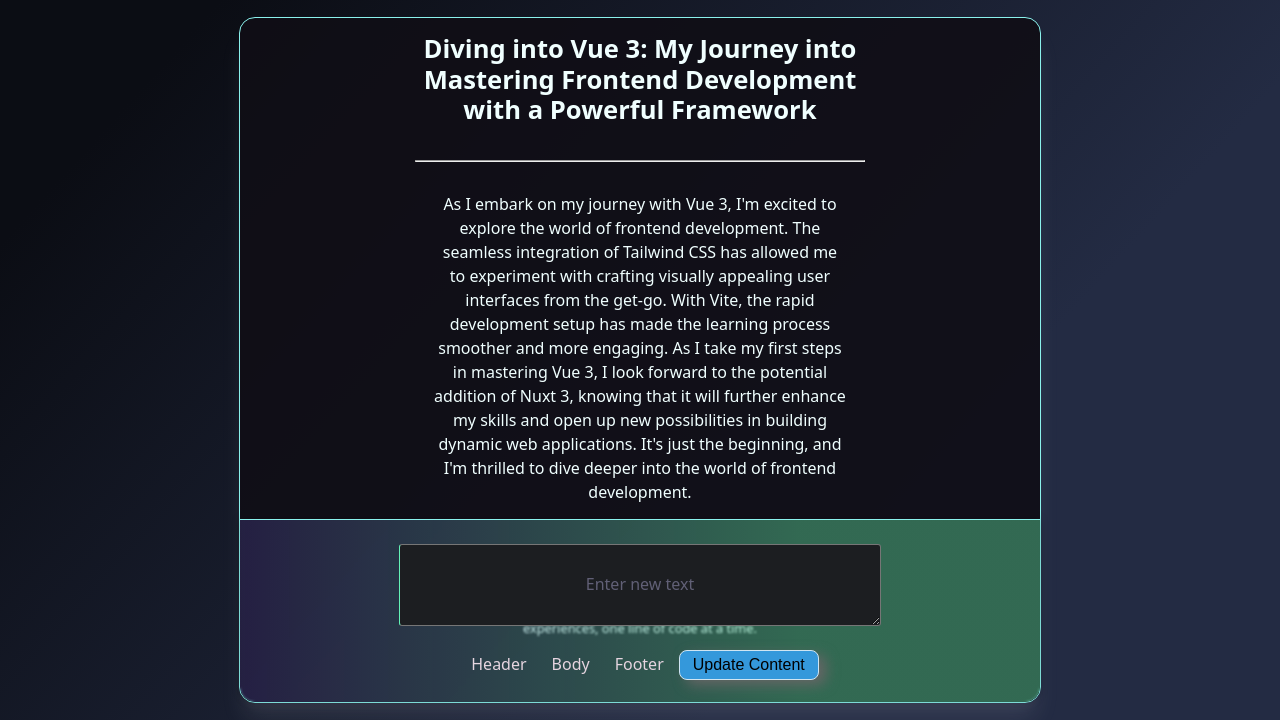
Repository: Freezler/AnnounceCraft
Page: index.html
An editor plug-in stored every save of this project. The page is shown before and after a run of saves, followed by the edit.
The browser window is 1280 px wide. The pictures show the whole page.

Above is the page before, as saved 2024-01-22 14:46:17.

### index.html
<!DOCTYPE html>
<html lang="en">

<head>
	<meta charset="UTF-8" />
	<meta name="viewport" content="width=device-width, initial-scale=1.0" />
	<title>Shopping List App</title>
	<link rel="stylesheet" href="style.css" />
</head>

<body>
	<section id="shopping-list">

		<div class="choice-box" >
			<textarea v-model="selectedText" type="text" minlength="10" maxlength="40" required
				placeholder="Enter new text"></textarea>
			<div class="radio-container">
				<input class="btn" type="radio" id="header" value="Header" v-model="selectedType"
					@change="updateTempContent">
				<label for="header">Header</label>
				<input class="btn" type="radio" id="body" value="Body" v-model="selectedType"
					@change="updateTempContent">
				<label for="body">Body</label>
				<input class="btn" type="radio" id="footer" value="Footer" v-model="selectedType"
					@change="updateTempContent">
				<label for="footer">Footer</label>
				<button @click="updateText" class="btn">Update Content</button>
			</div>
		</div>
		<div class="content">
			<h1 @click="updateSelectedType('Header'); updateSelectedText(header)">{{ header }}</h1>
			<hr>
			<p @click="updateSelectedType('Body'); updateSelectedText(body)">{{ body }}</p>
			<hr>
			<h4 @click="updateSelectedType('Footer'); updateSelectedText(footer)">{{ footer }}</h4>
		</div>
	</section>
	<script src="https://unpkg.com/vue@3"></script>
	<script src="app.js"></script>
</body>

</html>

### style.css
body {
    margin: 0;
    padding: 0;
    font-family: system-ui, -apple-system, BlinkMacSystemFont, 'Segoe UI', Roboto, Oxygen, Ubuntu, Cantarell, 'Open Sans', 'Helvetica Neue', sans-serif;
    background: linear-gradient(132.1deg, rgb(11, 13, 20) 11.4%, rgb(35, 43, 67) 70.2%);
    color: azure;
    text-align: center;
    height: 100vh;
    display: flex;
    flex-direction: column;
    justify-content: space-evenly;
    align-items: center;

}

section {
    height: 95%;
    border: 0.6px solid #8af1ec;
    border-radius: 16px;
    padding: 0 16px;
    max-width: 60vw;
    background-color: hsla(255, 21%, 7%, 0.9);
    text-align: center;
    position: absolute;
    box-shadow: rgba(223, 225, 240, 0.1) 0px 20px 25px -5px, rgba(228, 225, 225, 0.05) 0px 10px 10px -5px;
}

h1 {
    font-size: clamp(0.9rem, 2vw, 1.7rem);
    line-height: 1.2;
    padding-bottom: 1.2rem;
    width: 32ch;
    margin: 16px auto -16px;
    word-wrap: pretty;
}

h1:hover {

    transform: scale(1.05);
    color: hsla(219, 87%, 27%, 0.9);
    transition: all 5s cubic-bezier(0.215, 0.610, 0.355, 1);
    text-align: center;
    margin:0;
    padding:0;
}

h4 {
    font-size: clamp(0.3rem, 2vw, 0.8rem);
    font-weight: 100;
    width: 35ch;
    vertical-align: middle;
    margin: 0 auto;
    padding-bottom: 24px;
    text-align: center;
    word-wrap: balanced;
}

p {
    font-size: clamp(0.6rem, 2vw, 1rem);
    line-height: 1.6;
    width: 45ch;
    line-height: 1.5;
    margin: 0 auto;
    padding: 0px 0px 1rem;
    text-wrap: balance;
    text-align: center;
}

hr {

    width: 35vw;
    align-self: center;

}

label {
    display: block;
    color: #e6d5e0;
}

.radio-container input[type="radio"] {
    display: none;

}

.radio-container input[type="radio"]:hover {
    background: #b984e8;

}

.radio-container input[type="radio"]+label {
    display: inline-block;
    padding: 5px 10px;

    border-radius: 8px;
    margin-right: 5px;
    cursor: pointer;
}

.radio-container input[type="radio"]:checked+label {
    background-color: #e0e0e0;
    color: rgb(40, 4, 4);
}

.content {
    display: flex;
    flex-direction: column;
    gap: clamp(1.4rem, 1vw, 2rem);
    width: 60vw;
    ;
}

.choice-box {
    position: absolute;

    background-position: center;
    background-image: url('https://images.unsplash.com/photo-1515325915697-9279b4f7effc?q=80&w=2532&auto=format&fit=crop&ixlib=rb-4.0.3&ixid=M3wxMjA3fDB8MHxwaG90by1wYWdlfHx8fGVufDB8fHx8fA%3D%3D');
    background: linear-gradient(90deg, hsla(249, 83%, 67%, 0.2), hsla(249, 83%, 67%, 0.2)0 0%, hsla(149, 83%, 67%, 0.4)70%);
    display: flex;
    flex-direction: column;
    gap: 8px;
    justify-content: space-between;
    break-before: always;
    margin: 0rem auto;
    bottom: 0;
    left:0;
    border-top: 0.6px solid #8af1ec;
    border-bottom-left-radius: 16px;
    border-bottom-right-radius: 16px;
    padding-top: 24px;
    padding-bottom: 16px;


    backdrop-filter: blur(1px);

    box-shadow: 0 0 10px rgba(0, 0, 0, 0.2);
    width: calc(60vw + 32px);

    textarea {
        width: 60%;
        color: rgb(233, 232, 243);
        background-color: #1c1e21;
        border-left: 1px solid #64f3b7;
        border-radius: 3px;
        font-size: 16px;
        font-family: system-ui, -apple-system, BlinkMacSystemFont, 'Segoe UI', Roboto, Oxygen, Ubuntu, Cantarell, 'Open Sans', 'Helvetica Neue', sans-serif;
        margin: 0 auto;
       padding: 16px 0px;
       padding-top: 1.2rem;
       text-align: center;
            justify-content: baseline;
        overflow: hidden;
        outline: none;
        vertical-align: middle;

        &::placeholder {
            color: rgb(97, 96, 118);
            text-align: center;
            justify-content: baseline;
            padding-top: 0.5rem;
        }

        &:focus {
            border-color: #f0f3f6;
            box-shadow: 0 0 0 0.1rem rgba(255, 0, 76, 0.65);
            text-align: center;

        }

        &::valid {
            background-color: #28924b;
        }
    }
}

.btn {
    -webkit-border-radius: 4;
    -moz-border-radius: 4;
    border-radius: 8px;
    -webkit-box-shadow: 7px 5px 13px #666666;
    -moz-box-shadow: 7px 5px 13px #666666;
    box-shadow: 7px 5px 13px #666666;
    color: #000000;
    font-size: 16px;
    background: #3498db;
    padding: 5px 10px;
    border: solid #d0e5f2 1px;
    text-decoration: none;
    width: 140px;
    margin: 1rem auto .4rem;
}

.btn:hover {
    background: #b984e8;
    text-decoration: none;
}

### app.js
const shoppingList = Vue.createApp({
    data() {
        return {
            header: "Diving into Vue 3: My Journey into Mastering Frontend Development with a Powerful Framework",
            body: "As I embark on my journey with Vue 3, I'm excited to explore the world of frontend development. The seamless integration of Tailwind CSS has allowed me to experiment with crafting visually appealing user interfaces from the get-go. With Vite, the rapid development setup has made the learning process smoother and more engaging. As I take my first steps in mastering Vue 3, I look forward to the potential addition of Nuxt 3, knowing that it will further enhance my skills and open up new possibilities in building dynamic web applications. It's just the beginning, and I'm thrilled to dive deeper into the world of frontend development.",
            footer: "Venturing into the world of Vue 3, Tailwind CSS, and Vite. Building the future of web experiences, one line of code at a time.",
            selectedText: "",
            selectedType: "", // Set initial value to ''
            tempContent: { type: "", text: "" } // Temporary object to store selected type and text
        };
    },
    methods: {
        updateTempContent() {
            // Check if there is no selected text
            this.selectedText === ""
                ? (alert("Please enter text first"), (this.selectedType = ""))
                : (
                    // Update the tempContent type if a type is selected
                    this.selectedType !== undefined && (this.tempContent.type = this.selectedType),
                    // Update the tempContent text with the selected text
                    this.selectedText !== undefined && (this.tempContent.text = this.selectedText)
                );
        },

        // Update the text content based on the type of content
        updateText() {
            const { type, text } = this.tempContent;
            // Update header, body, and footer based on the selected type
            this.header = type === "Header" ? text : this.header;
            this.body = type === "Body" ? text : this.body;
            this.footer = type === "Footer" ? text : this.footer;
            this.selectedType = ""; // Reset the selectedType
            this.selectedText = ""; // Clear the selectedText
        }
    }
}).mount("#shopping-list");

After the next 4 saves:
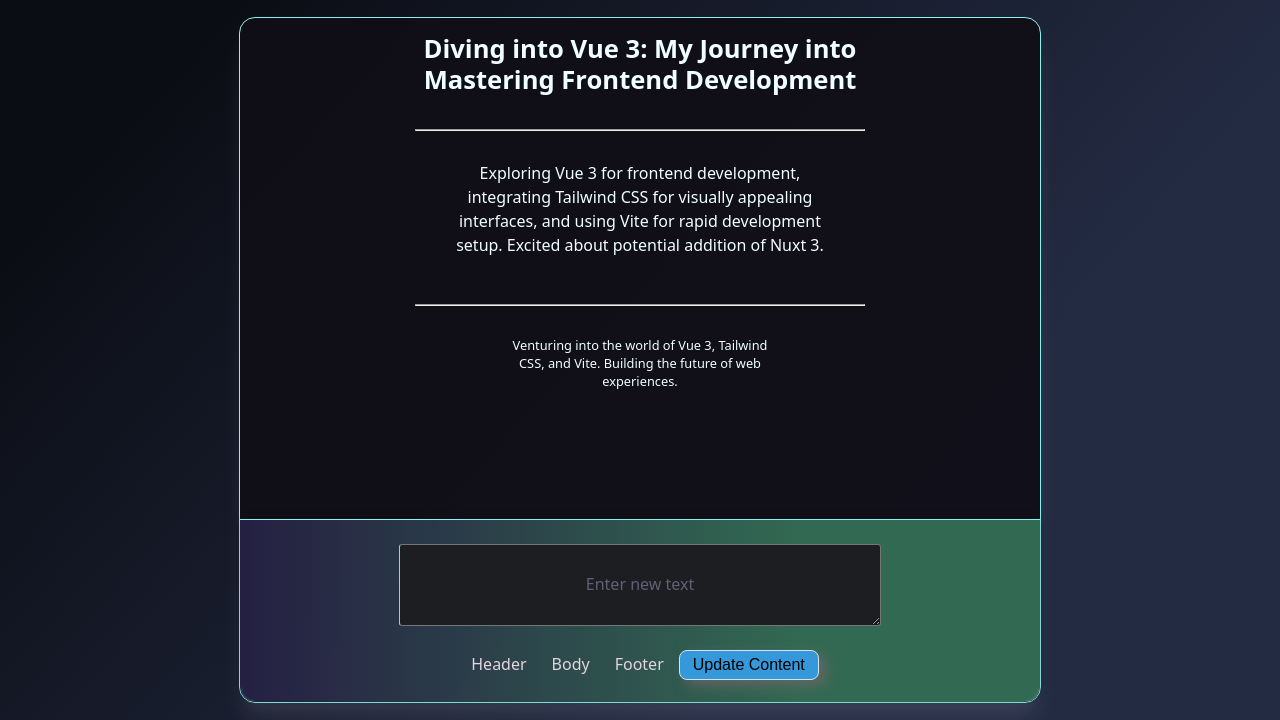
The 4 saves are shown as one change because they came seconds apart.
The last was saved 40 s later.
--- a/app.js
+++ b/app.js
@@ -1,11 +1,11 @@
 const shoppingList = Vue.createApp({
     data() {
         return {
-            header: "Diving into Vue 3: My Journey into Mastering Frontend Development with a Powerful Framework",
-            body: "As I embark on my journey with Vue 3, I'm excited to explore the world of frontend development. The seamless integration of Tailwind CSS has allowed me to experiment with crafting visually appealing user interfaces from the get-go. With Vite, the rapid development setup has made the learning process smoother and more engaging. As I take my first steps in mastering Vue 3, I look forward to the potential addition of Nuxt 3, knowing that it will further enhance my skills and open up new possibilities in building dynamic web applications. It's just the beginning, and I'm thrilled to dive deeper into the world of frontend development.",
-            footer: "Venturing into the world of Vue 3, Tailwind CSS, and Vite. Building the future of web experiences, one line of code at a time.",
+            header: "Diving into Vue 3: My Journey into Mastering Frontend Development",
+            body: "Exploring Vue 3 for frontend development, integrating Tailwind CSS for visually appealing interfaces, and using Vite for rapid development setup. Excited about potential addition of Nuxt 3.",
+            footer: "Venturing into the world of Vue 3, Tailwind CSS, and Vite. Building the future of web experiences.",
             selectedText: "",
-            selectedType: "", // Set initial value to ''
+            selectedType: "", // Initialize to empty string
             tempContent: { type: "", text: "" } // Temporary object to store selected type and text
         };
     },
